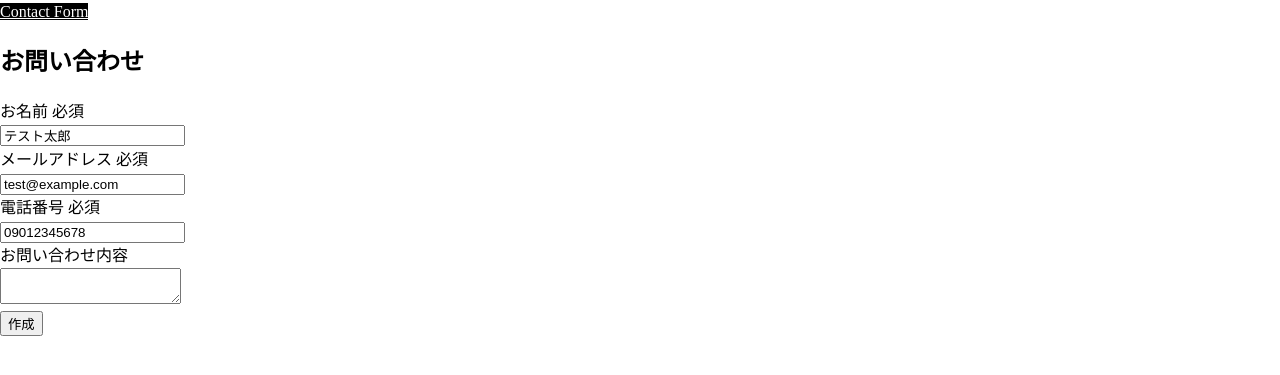
Repository: mayu-ya/my-contact-form
Page: http://localhost/
The author's editor kept a copy of each file at every save. The page is drawn from the files as they stood at one save, then again after the next save.
The browser window is 1280 px wide. The pictures show the whole page.
The page is served by the project's Laravel application, run on PHP 8.4 with Laravel 8. Other server files are loaded and not shown.

Above is the page before, as saved 2025-12-31 22:32:53.

### src/routes/web.php
<?php

use Illuminate\Support\Facades\Route;
use App\Http\Controllers\ContactController;

/*
|--------------------------------------------------------------------------
| Web Routes
|--------------------------------------------------------------------------
|
| Here is where you can register web routes for your application. These
| routes are loaded by the RouteServiceProvider within a group which
| contains the "web" middleware group. Now create something great!
|
*/

Route::get('/', [ContactController::class,'index']);

### src/app/Http/Controllers/ContactController.php
<?php

namespace App\Http\Controllers;

use Illuminate\Http\Request;

class ContactController extends Controller
{
    public function index()
    {
        return view('index');
    }
}

### src/resources/views/index.blade.php
@extends('layouts.app')

@section('css')
<link rel="stylesheet" href="{{ asset('css/index.css') }}">
@endsection

@section('content')
<div class="content">
    <div class="form-title">
        <h2 class="form-title-con">お問い合わせ</h2>
    </div>

    <form class="form">
        <div class="form-content">
            <div class="form-content-name">
                <span class="form-content-name_na">お名前</span>
                <span class="form-content-name_re">必須</span>
            </div>
            <div class="form-name_create">
                <input type="text" name="name" value="テスト太郎">
            </div>
        </div>
        <div class="form-content">
            <div class="form-content-email">
                <span class="form-content-email_em">メールアドレス</span>
                <span class="form-content-email_re">必須</span>
            </div>
            <div class="form-email_create">
                <input type="text" name="email" value="test@example.com">
            </div>
        </div>
        <div class="form-content">
            <div class="form-content-tel">
                <span class="form-content-tel_te">電話番号</span>
                <span class="form-content-tel_re">必須</span>
            </div>
            <div class="form-tel_create">
                <input type="text" name="tel" value="09012345678">
            </div>
        </div>
        <div class="form-content">
            <div class="form-content-text">
                <span class="content-text_co">お問い合わせ内容</span>
            </div>
            <div class="form-text_create">
                <textarea name="text" value="資料をいただきたいです"></textarea>
            </div>

        </div>

        <div class="form-button">
            <button class="form-button_create">作成</button>
        </div>
    </form>
</div>
@endsection

### src/resources/views/layouts/app.blade.php
<!DOCTYPE html>
<html lang="ja">
<head>
    <meta charset="UTF-8">
    <meta name="viewport" content="width=device-width, initial-scale=1.0">
    <title>Contact Form</title>
    <link rel="stylesheet" href="{{ asset('css/sanitize.css') }}">
    <link rel="stylesheet" href="{{ asset('css/common.css') }}">
    @yield('css')
</head>
<body>
    <header class="header">
        <div class="header-title">
            <a href="/" class="header-logo">Contact Form</a>
        </div>
    </header>

    <main>
        @yield('content')
    </main>
</body>
</html>

### src/public/css/sanitize.css
/* Document
* ========================================================================== */

/**
* Add border box sizing in all browsers (opinionated).
*/

*,
::before,
::after {
  box-sizing: border-box;
}

/**
* 1. Add text decoration inheritance in all browsers (opinionated).
* 2. Add vertical alignment inheritance in all browsers (opinionated).
*/

::before,
::after {
  vertical-align: inherit;
  /* 2 */
  text-decoration: inherit;
  /* 1 */
}

/**
* 1. Use the default cursor in all browsers (opinionated).
* 2. Change the line height in all browsers (opinionated).
* 3. Use a 4-space tab width in all browsers (opinionated).
* 4. Remove the grey highlight on links in iOS (opinionated).
* 5. Prevent adjustments of font size after orientation changes in
*    IE on Windows Phone and in iOS.
* 6. Breaks words to prevent overflow in all browsers (opinionated).
*/

html {
  word-break: break-word;
  /* 6 */
  -moz-tab-size: 4;
  /* 3 */
  tab-size: 4;
  /* 3 */
  line-height: 1.5;
  /* 2 */
  cursor: default;
  /* 1 */

  -webkit-tap-highlight-color: transparent
    /* 4 */
  ;
  -ms-text-size-adjust: 100%;
  /* 5 */
  -webkit-text-size-adjust: 100%;
  /* 5 */
}

/* Sections
* ========================================================================== */

/**
* Remove the margin in all browsers (opinionated).
*/

body {
  margin: 0;
}

/**
* Correct the font size and margin on `h1` elements within `section` and
* `article` contexts in Chrome, Edge, Firefox, and Safari.
*/

h1 {
  margin: 0.67em 0;
  font-size: 2em;
}

/* Grouping content
* ========================================================================== */

/**
* Remove the margin on nested lists in Chrome, Edge, IE, and Safari.
*/

dl dl,
dl ol,
dl ul,
ol dl,
ul dl {
  margin: 0;
}

/**
* Remove the margin on nested lists in Edge 18- and IE.
*/

ol ol,
ol ul,
ul ol,
ul ul {
  margin: 0;
}

/**
* 1. Add the correct sizing in Firefox.
* 2. Show the overflow in Edge 18- and IE.
*/

hr {
  overflow: visible;
  /* 2 */
  height: 0;
  /* 1 */
}

/**
* Add the correct display in IE.
*/

main {
  display: block;
}

/**
* Remove the list style on navigation lists in all browsers (opinionated).
*/

nav ol,
nav ul {
  padding: 0;
  list-style: none;
}

/**
* 1. Correct the inheritance and scaling of font size in all browsers.
* 2. Correct the odd `em` font sizing in all browsers.
*/

pre {
  font-size: 1em;
  /* 2 */
  font-family: monospace, monospace;
  /* 1 */
}

/* Text-level semantics
* ========================================================================== */

/**
* Remove the gray background on active links in IE 10.
*/

a {
  background-color: transparent;
}

/**
* Add the correct text decoration in Edge 18-, IE, and Safari.
*/

abbr[title] {
  text-decoration: underline;
  text-decoration: underline dotted;
}

/**
* Add the correct font weight in Chrome, Edge, and Safari.
*/

b,
strong {
  font-weight: bolder;
}

/**
* 1. Correct the inheritance and scaling of font size in all browsers.
* 2. Correct the odd `em` font sizing in all browsers.
*/

code,
kbd,
samp {
  font-size: 1em;
  /* 2 */
  font-family: monospace, monospace;
  /* 1 */
}

/**
* Add the correct font size in all browsers.
*/

small {
  font-size: 80%;
}

/* Embedded content
* ========================================================================== */

/*
* Change the alignment on media elements in all browsers (opinionated).
*/

audio,
canvas,
iframe,
img,
svg,
video {
  vertical-align: middle;
}

/**
* Add the correct display in IE 9-.
*/

audio,
video {
  display: inline-block;
}

/**
* Add the correct display in iOS 4-7.
*/

audio:not([controls]) {
  display: none;
  height: 0;
}

/**
* Remove the border on iframes in all browsers (opinionated).
*/

iframe {
  border-style: none;
}

/**
* Remove the border on images within links in IE 10-.
*/

img {
  border-style: none;
}

/**
* Change the fill color to match the text color in all browsers (opinionated).
*/

svg:not([fill]) {
  fill: currentColor;
}

/**
* Hide the overflow in IE.
*/

svg:not(:root) {
  overflow: hidden;
}

/* Tabular data
* ========================================================================== */

/**
* Collapse border spacing in all browsers (opinionated).
*/

table {
  border-collapse: collapse;
}

/* Forms
* ========================================================================== */

/**
* Remove the margin on controls in Safari.
*/

button,
input,
select {
  margin: 0;
}

/**
* 1. Show the overflow in IE.
* 2. Remove the inheritance of text transform in Edge 18-, Firefox, and IE.
*/

button {
  overflow: visible;
  /* 1 */
  text-transform: none;
  /* 2 */
}

/**
* Correct the inability to style buttons in iOS and Safari.
*/

button,
[type="button"],
[type="reset"],
[type="submit"] {
  -webkit-appearance: button;
}

/**
* 1. Change the inconsistent appearance in all browsers (opinionated).
* 2. Correct the padding in Firefox.
*/

fieldset {
  padding: 0.35em 0.75em 0.625em;
  /* 2 */
  border: 1px solid #a0a0a0;
  /* 1 */
}

/**
* Show the overflow in Edge 18- and IE.
*/

input {
  overflow: visible;
}

/**
* 1. Correct the text wrapping in Edge 18- and IE.
* 2. Correct the color inheritance from `fieldset` elements in IE.
*/

legend {
  display: table;
  /* 1 */
  max-width: 100%;
  /* 1 */
  color: inherit;
  /* 2 */
  white-space: normal;
  /* 1 */
}

/**
* 1. Add the correct display in Edge 18- and IE.
* 2. Add the correct vertical alignment in Chrome, Edge, and Firefox.
*/

progress {
  display: inline-block;
  /* 1 */
  vertical-align: baseline;
  /* 2 */
}

/**
* Remove the inheritance of text transform in Firefox.
*/

select {
  text-transform: none;
}

/**
* 1. Remove the margin in Firefox and Safari.
* 2. Remove the default vertical scrollbar in IE.
* 3. Change the resize direction in all browsers (opinionated).
*/

textarea {
  overflow: auto;
  /* 2 */
  margin: 0;
  /* 1 */
  resize: vertical;
  /* 3 */
}

/**
* Remove the padding in IE 10-.
*/

[type="checkbox"],
[type="radio"] {
  padding: 0;
}

/**
* 1. Correct the odd appearance in Chrome, Edge, and Safari.
* 2. Correct the outline style in Safari.
*/

[type="search"] {
  outline-offset: -2px;
  /* 2 */

  -webkit-appearance: textfield;
  /* 1 */
}

/**
* Correct the cursor style of increment and decrement buttons in Safari.
*/

::-webkit-inner-spin-button,
::-webkit-outer-spin-button {
  height: auto;
}

/**
* Correct the text style of placeholders in Chrome, Edge, and Safari.
*/

::-webkit-input-placeholder {
  color: inherit;
  opacity: 0.54;
}

/**
* Remove the inner padding in Chrome, Edge, and Safari on macOS.
*/

::-webkit-search-decoration {
  -webkit-appearance: none;
}

/**
* 1. Correct the inability to style upload buttons in iOS and Safari.
* 2. Change font properties to `inherit` in Safari.
*/

::-webkit-file-upload-button {
  font: inherit;
  /* 2 */

  -webkit-appearance: button;
  /* 1 */
}

/**
* Remove the inner border and padding of focus outlines in Firefox.
*/

::-moz-focus-inner {
  padding: 0;
  border-style: none;
}

/**
* Restore the focus outline styles unset by the previous rule in Firefox.
*/

:-moz-focusring {
  outline: 1px dotted ButtonText;
}

/**
* Remove the additional :invalid styles in Firefox.
*/

:-moz-ui-invalid {
  box-shadow: none;
}

/* Interactive
* ========================================================================== */

/*
* Add the correct display in Edge 18- and IE.
*/

details {
  display: block;
}

/*
* Add the correct styles in Edge 18-, IE, and Safari.
*/

dialog {
  position: absolute;
  right: 0;
  left: 0;
  display: block;
  margin: auto;
  padding: 1em;
  width: -moz-fit-content;
  width: -webkit-fit-content;
  width: fit-content;
  height: -moz-fit-content;
  height: -webkit-fit-content;
  height: fit-content;
  border: solid;
  background-color: white;
  color: black;
}

dialog:not([open]) {
  display: none;
}

/*
* Add the correct display in all browsers.
*/

summary {
  display: list-item;
}

/* Scripting
* ========================================================================== */

/**
* Add the correct display in IE 9-.
*/

canvas {
  display: inline-block;
}

/**
* Add the correct display in IE.
*/

template {
  display: none;
}

/* User interaction
* ========================================================================== */

/*
* 1. Remove the tapping delay in IE 10.
* 2. Remove the tapping delay on clickable elements
in all browsers (opinionated).
*/

a,
area,
button,
input,
label,
select,
summary,
textarea,
[tabindex] {
  -ms-touch-action: manipulation;
  /* 1 */
  touch-action: manipulation;
  /* 2 */
}

/**
* Add the correct display in IE 10-.
*/

[hidden] {
  display: none;
}

/* Accessibility
* ========================================================================== */

/**
* Change the cursor on busy elements in all browsers (opinionated).
*/

[aria-busy="true"] {
  cursor: progress;
}

/*
* Change the cursor on control elements in all browsers (opinionated).
*/

[aria-controls] {
  cursor: pointer;
}

/*
* Change the cursor on disabled, not-editable, or otherwise
* inoperable elements in all browsers (opinionated).
*/

[aria-disabled="true"],
[disabled] {
  cursor: not-allowed;
}

/*
* Change the display on visually hidden accessible elements
* in all browsers (opinionated).
*/

[aria-hidden="false"][hidden] {
  display: initial;
}

[aria-hidden="false"][hidden]:not(:focus) {
  position: absolute;
  clip: rect(0, 0, 0, 0);
}

### src/public/css/common.css
.header-logo{
    color: white;
    background: black;
}

Loaded but not shown: src/app/Http/Controllers/Controller.php (common file); src/public/css/index.css (no stored copy; drawn as an empty file)

After the next save:
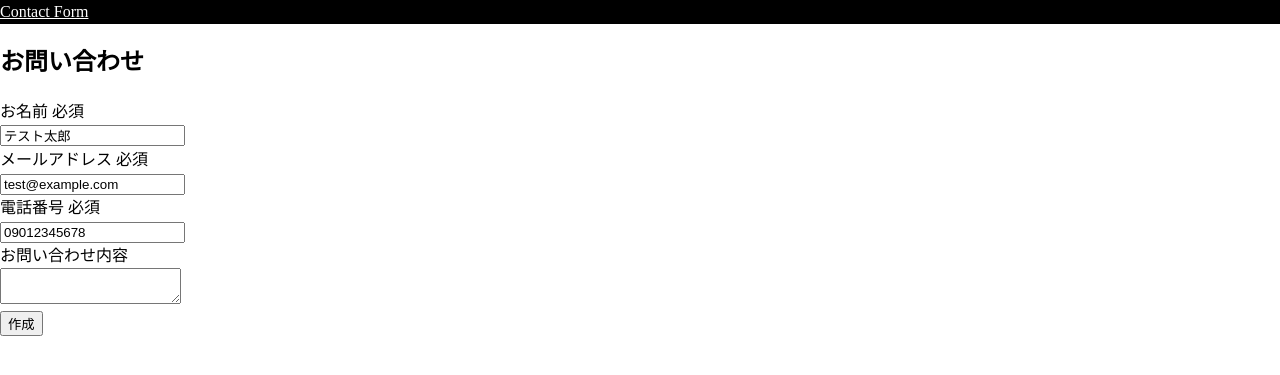
Saved 42 s later.
--- a/src/public/css/common.css
+++ b/src/public/css/common.css
@@ -1,4 +1,8 @@
+.header {
+    background: black;
+}
+
 .header-logo{
     color: white;
-    background: black;
+
 }
